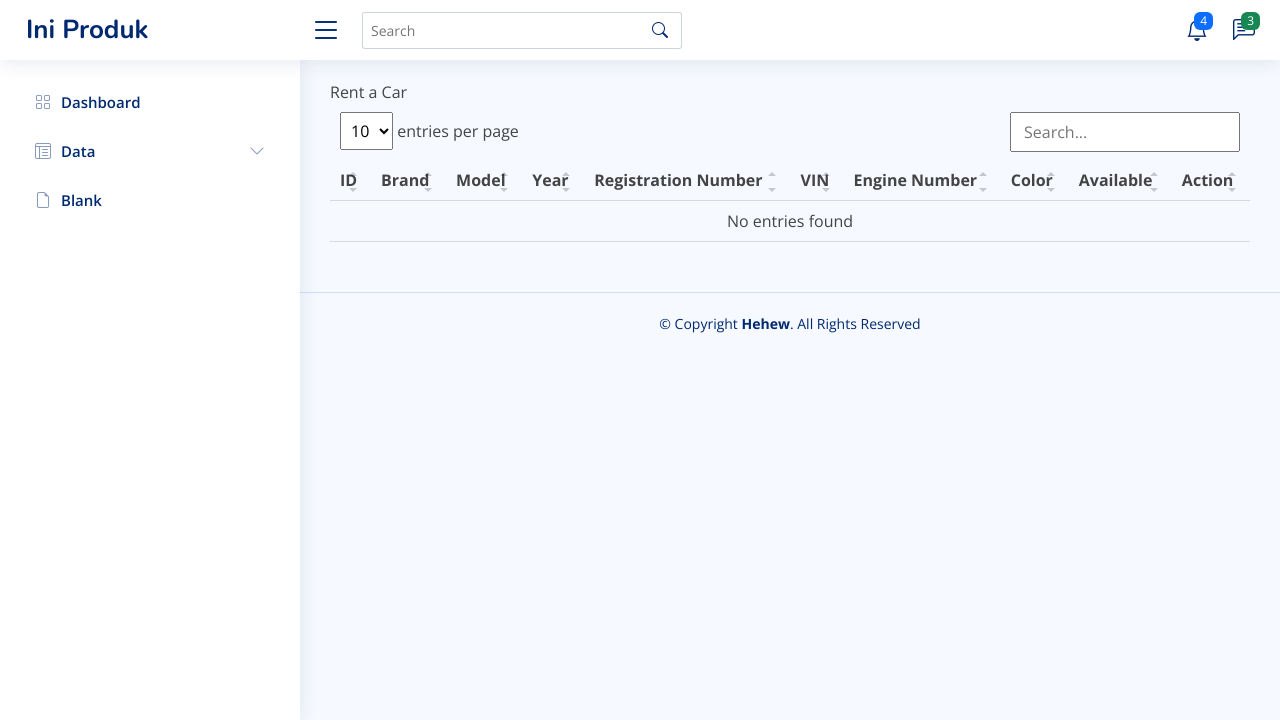
Repository: Jistoper/car_rental
Page: resources/views/backsite/content/rent/renttable.blade.php
These files come from the project's save history. The page is drawn as it stood at one moment and after the next save; the edit follows.
The browser window is 1280 px wide. The pictures show the whole page.
The page is served by the project's Laravel application, run on PHP 8.4 with Laravel 9. The template is opened directly, without the code that normally fills it, so the values that code supplies are empty.

Above is the page before, as saved 2023-06-25 15:27:10.

After the next save:
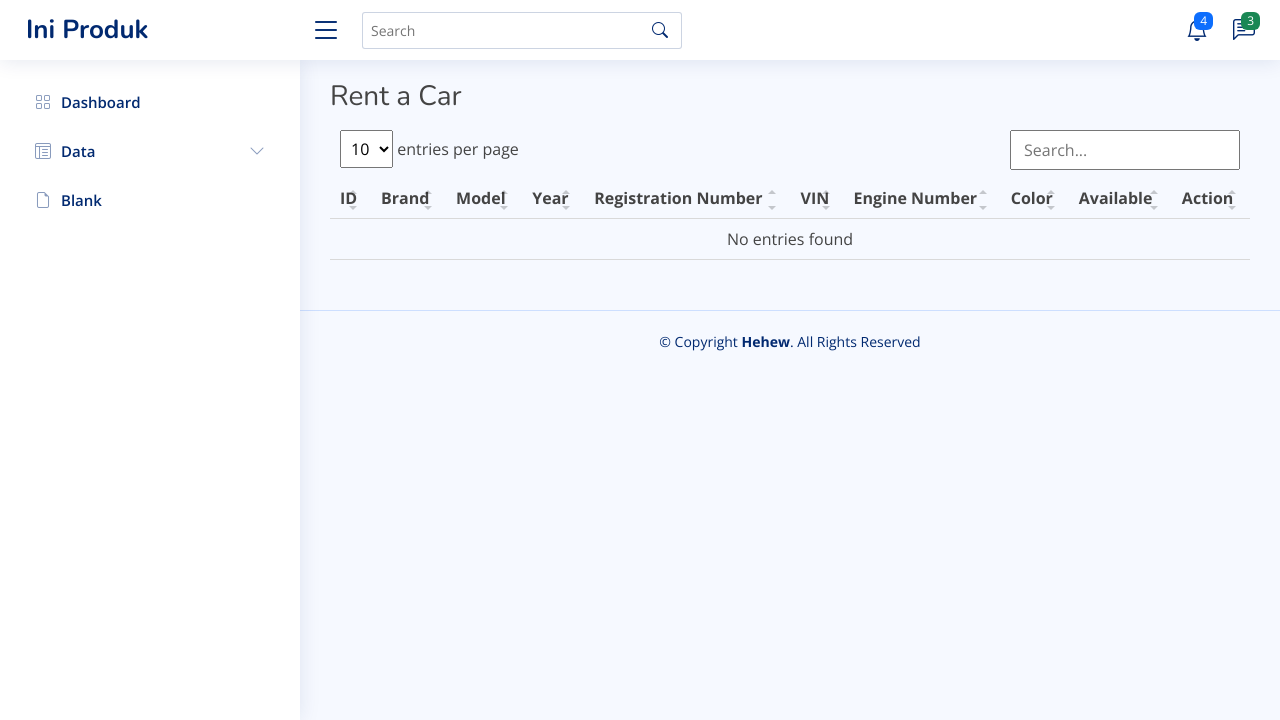
Saved 29 s later.
--- a/resources/views/backsite/content/rent/renttable.blade.php
+++ b/resources/views/backsite/content/rent/renttable.blade.php
@@ -4,7 +4,7 @@
 
 <div>
     <div>
-        Rent a Car
+        <h3>Rent a Car</h3>
     </div>
     <table class="table datatable">
         <thead>
